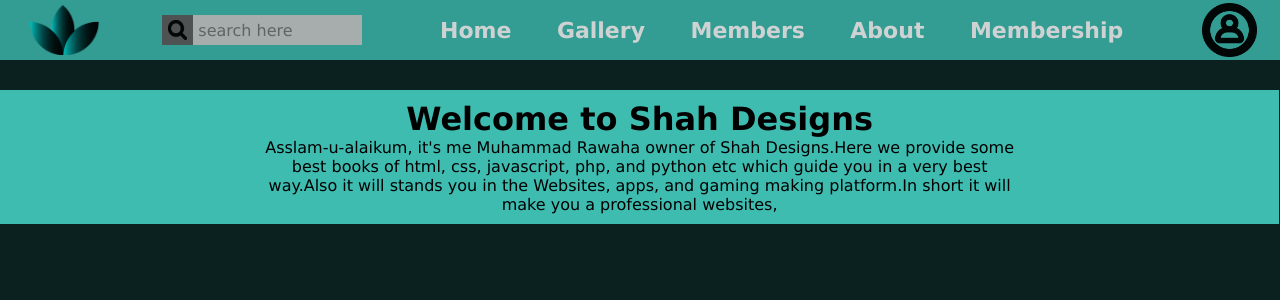
Repository: RawahaMR11/my_assignments
Page: rawaha computer/Shah Designs web/Shah home page.html
The author's editor kept a copy of each file at every save. The page is drawn from the files as they stood at one save, then again after the next save.
The browser window is 1280 px wide. The pictures show the whole page.

Above is the page before, as saved 2024-12-12 20:07:38.

### rawaha computer/Shah Designs web/Shah home page.html
<!DOCTYPE html>
<html lang="en">
<head>
      <meta charset="UTF-8">
      <meta name="viewport" content="width=device-width, initial-scale=1.0">
      <title>Shah Designs</title>
      <link rel="stylesheet" href="Shah home page.css">
</head>
<body>
<div class="my-display">
      <header>
            <div class="logo">
                  <img src="logo.png" alt="Shah Designs logo">
            </div><!--end logo-->
            <div class="search">
                  <img src="search.png" alt="Search-icon">
                  <input type="text" placeholder="search here">
            </div><!--end search-->
            <div class="home">
                  <a href="Shah home page.html">Home</a>
            </div><!--end home-->
            <div class="gallery">
                  <a href="#">Gallery</a>
            </div><!--end gallery-->
            <div class="members">
                  <a href="#">Members</a>
            </div><!--end members -->
            <div class="about">
                  <a href="#">About</a>
            </div><!--end about-->
            <div class="membership">
                  <a href="#">Membership</a>
            </div>
            <div class="login">
                  <img src="sign in.png" alt="Login">
            </div><!--end login-->
      </header>


      <div class="wrapper">
            <div id="welcome">
                  <h1>Welcome to Shah Designs</h1>
                  <p>Asslam-u-alaikum, it's me Muhammad Rawaha owner of Shah Designs.Here we provide some best books of html, css, javascript, php, and python etc which guide you in a very best way.Also it will stands you in the Websites, apps, and gaming making platform.In short it will make you a professional websites, </p>
            </div><!--end welcome-->
      </div><!--end wrapper-->
</div>
</body>
</html>

### rawaha computer/Shah Designs web/Shah home page.css
* {
      margin: 0;
      padding: 0;
}
body {
      display: block;
      font-size: 14px;
      background-color: rgb(10, 33, 32);
}
.my-display {
      width: 80%;
      margin: 0 auto;
      height: 100%;
      width: 100%;
}
/* css for opening my page on tablets (screens with width <=768px) */
@media screen and (max-width: 768px) {
      body {
            font-size: 16px;
      }
      .my-display {
            width: 100%;
      }
}
/* css for opening my page on laptops,pcs etc (screens with width <=1080px) */
@media screen and (max-width: 1080px) {
      body {
            font-size: 14px;
      }
      .my-display {
            width: 100%;
      }
}
/* css for opening my page on phones (screens with width <=480px) */
@media screen and (max-width: 480px) {
      body {
            font-size: 10px;
      }
      .my-display {
            width: 100%;
      }
}
header {
      width: 100%;
      height: 60px;
      display: flex;
      align-items: center;
      background-color: rgb(62, 188, 176);
      opacity: 80%;
      gap: 31.5px;
}
.logo {
      height: 83%;
      width: 70px;
      margin: 0 30px 0;
}
.logo img {
      height: 100%;
      width: 100%;
}
.search {
      width: 200px;
      height: 30px;
      background-color: rgb(95, 95, 95);
      display: flex;
      align-items: center;
      justify-content: space-evenly;
}
.search img {
      width: 10%;
      height: 65%;
      padding: 6px;
}
.search input {
      width: 90%;
      padding: 5.34px;
      border: none;
      outline: none;
      background-color: rgb(207, 207, 207);
      font-family: Verdana, Geneva, Tahoma, sans-serif;
      font-size: 16px;
}
.home {
      font-family: Verdana, Geneva, Tahoma, sans-serif;
      font-size: 22px;
      margin-left: 40px;
      padding: 7px;
}
.home:hover {
      background-color: rgb(161, 161, 161);
}
.home a {
      text-decoration: none;
      font-weight: 700;
      color: white;
}
.gallery {
      font-family: Verdana, Geneva, Tahoma, sans-serif;
      font-size: 22px;
      padding: 7px;
}
.gallery:hover {
      background-color: rgb(161, 161, 161);
}
.gallery a {
      text-decoration: none;
      font-weight: 700;
      color: white;
}
.members {
      font-family: Verdana, Geneva, Tahoma, sans-serif;
      font-size: 22px;
      padding: 7px;
}
.members:hover {
      background-color: rgb(161, 161, 161);
}
.members a {
      text-decoration: none;
      font-weight: 700;
      color: white;
}
.about {
      font-family: Verdana, Geneva, Tahoma, sans-serif;
      font-size: 22px;
      padding: 7px;
}
.about:hover {
      background-color: rgb(161, 161, 161);
}
.about a {
      text-decoration: none;
      font-weight: 700;
      color: white;
}
.membership {
      font-family: Verdana, Geneva, Tahoma, sans-serif;
      font-size: 22px;
      padding: 7px;
}
.membership:hover {
      background-color: rgb(161, 161, 161);
}
.membership a {
      text-decoration: none;
      font-weight: 700;
      color: white;
}
.login {
      height: 90%;
      width: 55px;
      float: right;
      margin-left: 40px;
}
.login img {
      height: 100%;
      width: 100%;
      cursor: pointer;
}
.wrapper {
      width: 98.38%;
      height: auto;
      background-color:rgb(62, 188, 176);
      display: flex;
      align-items: center;
      justify-content: center;
      margin-top: 30px;
      padding: 10px;
}
#welcome {
      width: 60%;
      font-family: Verdana, Geneva, Tahoma, sans-serif;
      font-size: 16px;
}
#welcome h1 {
      text-align: center;
}
#welcome p {
      text-align: center;
}

After the next save:
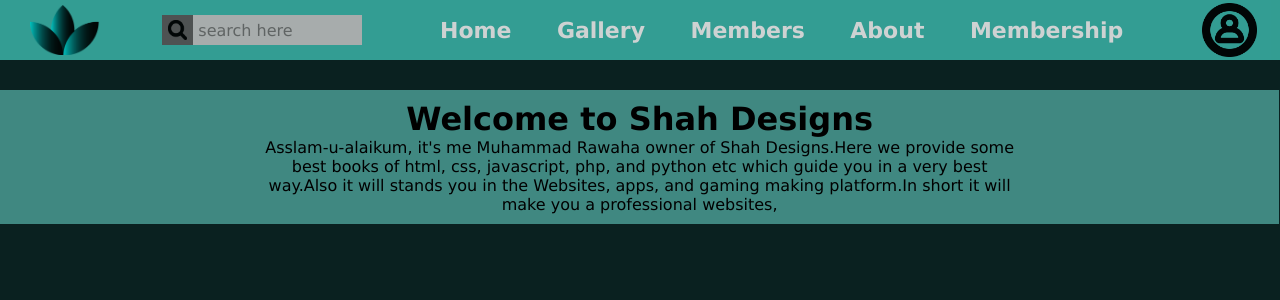
Saved 11 h 22 min later.
--- a/rawaha computer/Shah Designs web/Shah home page.css
+++ b/rawaha computer/Shah Designs web/Shah home page.css
@@ -160,7 +160,7 @@ header {
 .wrapper {
       width: 98.38%;
       height: auto;
-      background-color:rgb(62, 188, 176);
+      background-color: rgb(64, 136, 129);
       display: flex;
       align-items: center;
       justify-content: center;
